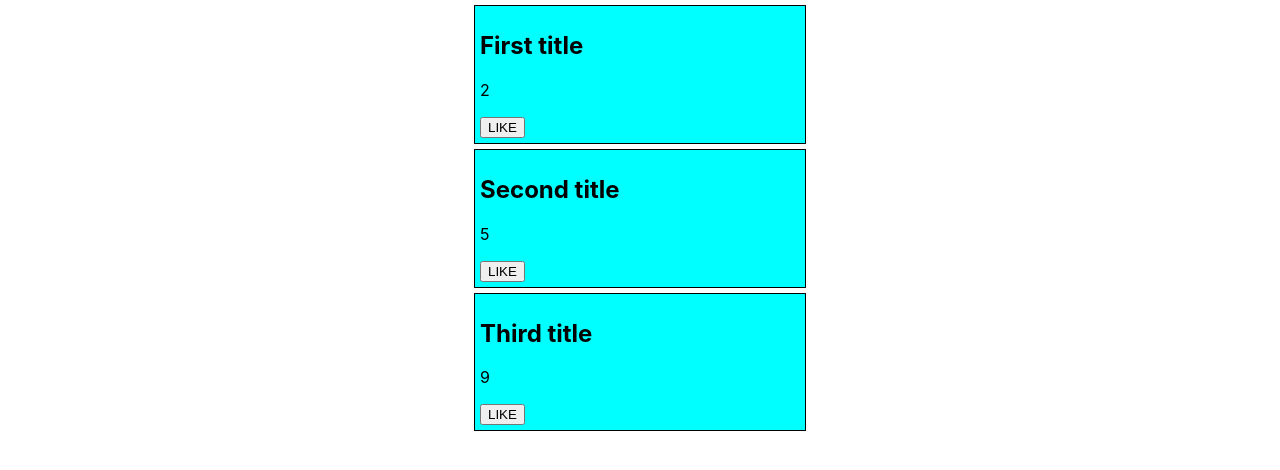
Repository: asapvtec98/egzamin
Page: /
These files come from the project's save history. The page is drawn as it stood at one moment and after the next save; the edit follows.
The browser window is 1280 px wide. The pictures show the whole page.
The project was rebuilt for these pictures with package versions that can differ from the ones it lists, and the page was loaded fresh each time.

Above is the page before, as saved 2023-11-14 12:31:42.

### src/App.js
import React from "react";
import Komentarz from "./components/Comment";
function App() {
  const comments = [
    {
      title: "First title",
      likes: 2
    },
    {
      title: "Second title",
      likes: 5
    },
    {
      title: "Third title",
      likes: 9
    }
  ]

  const displayComments = comments.map((comment) =>
      <div className="Comment">
        <Komentarz title={comment.title} likes={comment.likes}></Komentarz>
      </div>
  )

  return (
      <div className="App">
        {displayComments}
      </div>
  )
}

export default App;

### src/components/Comment.js
import React, { useState } from "react";
import "./Comment.css";

function Komentarz(props) {
    const [likes, setLike] = useState(false);
    const [count, setCount] = useState(parseInt(props.likes));
    const [show, setShow] = useState(true);

    const handleLikes = () => {
        if(!likes) {
            setLike(true);
            setCount(count + 1);
        } else {
            setLike(false);
            setCount(count - 1);
        }


    };

    return(
        <div className="comment">
            <h2>{props.title}</h2>
            <div>
                    <p>{count}</p>
                    <button className="inline" type="button" onClick={() => {
                        setShow(!show)
                        handleLikes();
                    }}>{show === true ? 'LIKE' : 'DISLIKE'}</button>
            </div>
        </div>
    )

}
export default Komentarz;

### src/components/Comment.css
.comment {
    border: 1px solid black;
    background-color:aqua;
    margin: auto;
    margin-top: 5px;
    margin-bottom: 5px;
    width: 25%;
    padding: 5px;

}


.inline {
    display: inline;
}

Loaded but not shown: public/index.html (common file); src/index.js (common file); src/index.css (common file); src/reportWebVitals.js (common file)

After the next save:
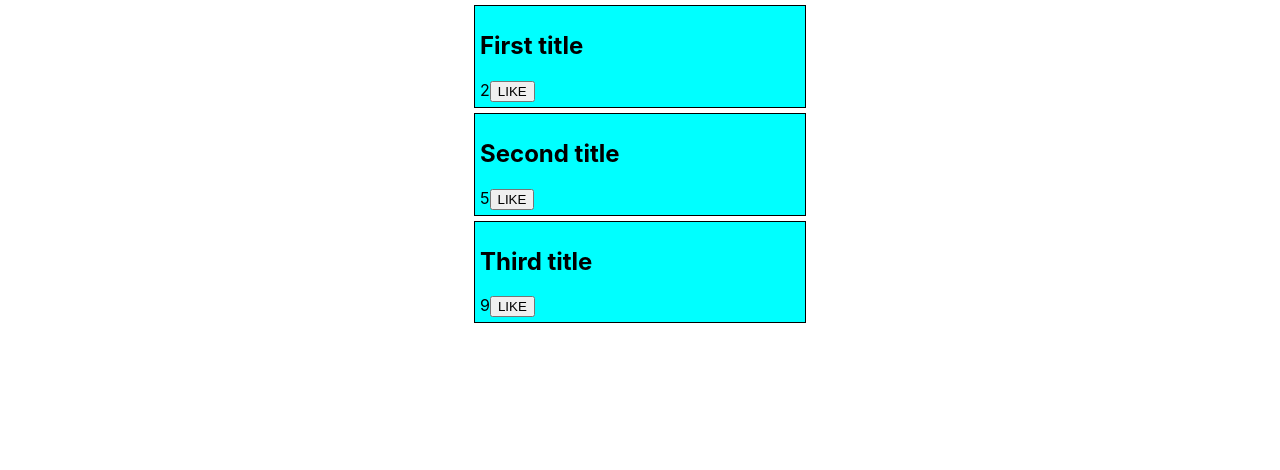
Saved 10 s later.
--- a/src/components/Comment.js
+++ b/src/components/Comment.js
@@ -22,8 +22,8 @@ function Komentarz(props) {
         <div className="comment">
             <h2>{props.title}</h2>
             <div>
-                    <p>{count}</p>
-                    <button className="inline" type="button" onClick={() => {
+                    <p className="inline" >{count}</p>
+                    <button type="button" onClick={() => {
                         setShow(!show)
                         handleLikes();
                     }}>{show === true ? 'LIKE' : 'DISLIKE'}</button>
